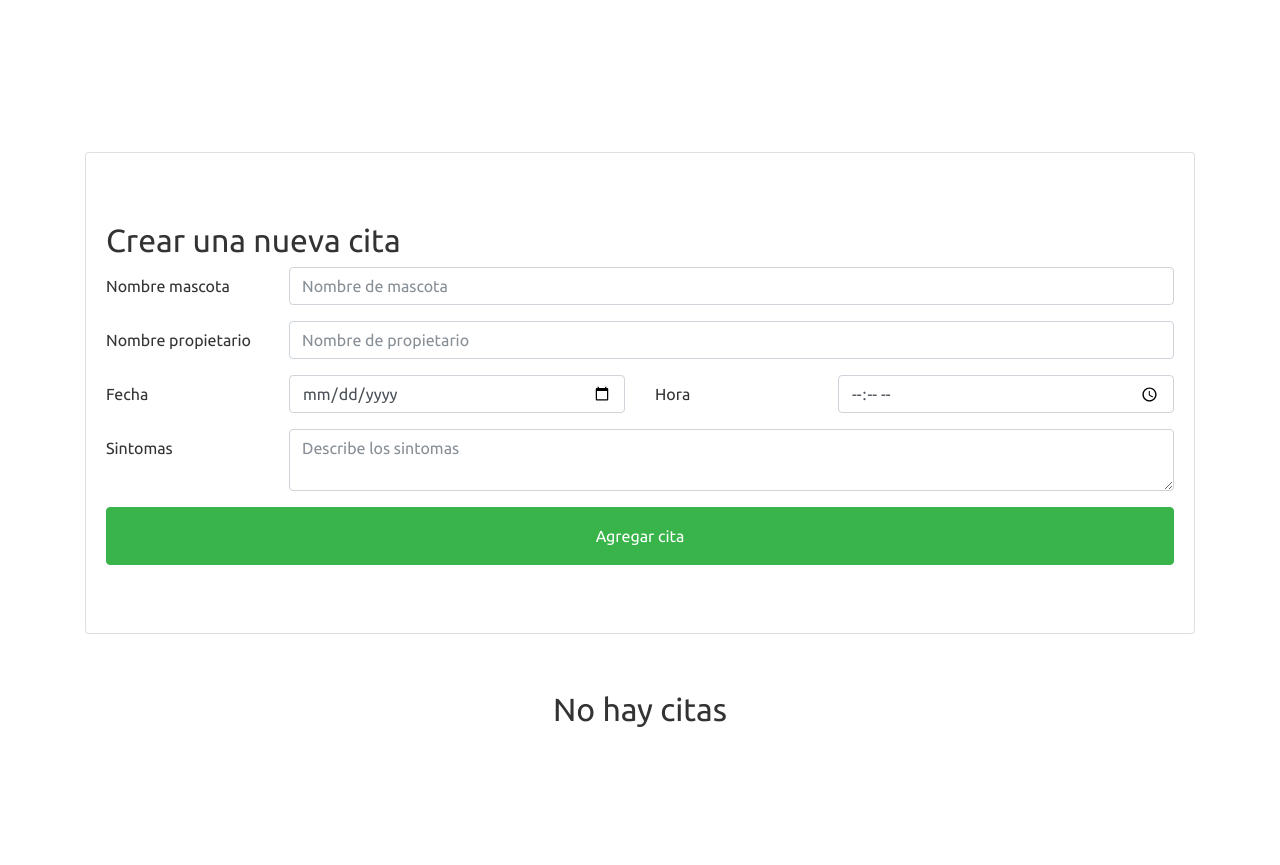
Repository: harrycampaz/react-veterinario-form
Page: /
An editor plug-in stored every save of this project. The page is shown before and after the next save, followed by the edit.
The browser window is 1280 px wide. The pictures show the whole page.
The project was rebuilt for these pictures with package versions that can differ from the ones it lists, and the page was loaded fresh each time. Also part of the build but not shown: src/components/layout/ItemCita.js.

Above is the page before, as saved 2020-01-16 18:12:50.

After the next save:
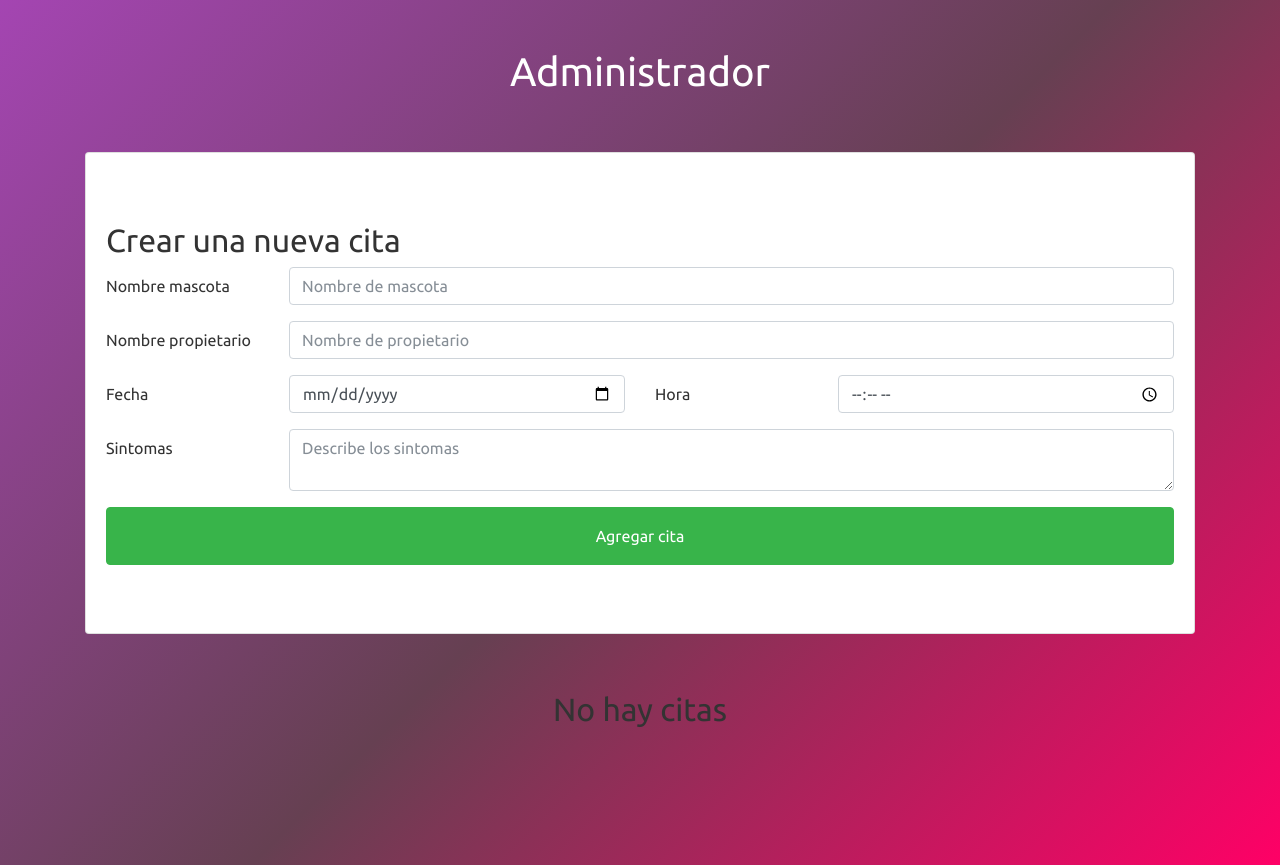
Saved 22 s later.
--- a/src/index.css
+++ b/src/index.css
@@ -5,7 +5,7 @@ body {
   margin: 0;
   padding: 0;
   font-family: sans-serif;
-
+  background-image: linear-gradient(-225deg, #A445B2 0%, rgb(102, 64, 82) 52%, #FF0066 100%);
   min-height: 100%;
   padding-bottom: 5rem;
 }
